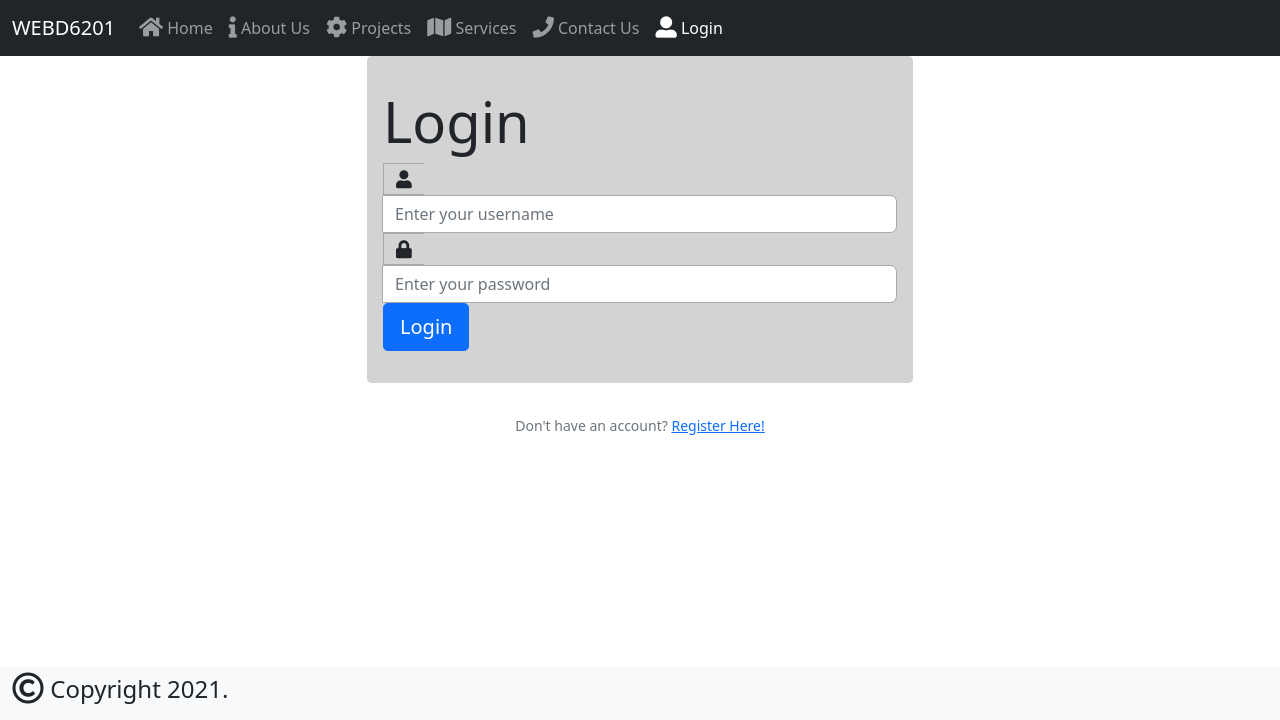
Repository: CKM206/WebD6201-W2021-ICE5
Page: login.html
The author's editor kept a copy of each file at every save. The page is drawn from the files as they stood at one save, then again after the next save.
The browser window is 1280 px wide. The pictures show the whole page.

Above is the page before, as saved 2021-03-07 00:53:09.

After the next save:
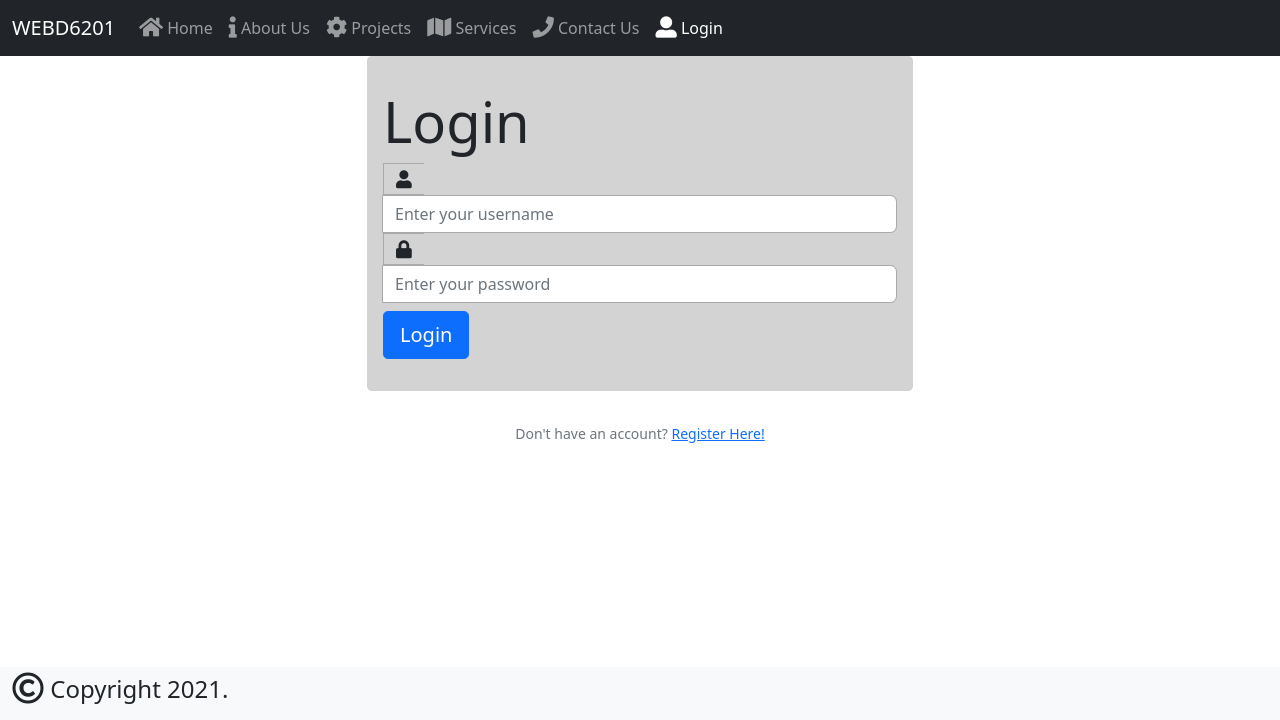
Saved 28 min 23 s later.
--- a/login.html
+++ b/login.html
@@ -69,7 +69,7 @@
 
                       </div>
 
-                      <div class="form-group">
+                      <div class="form-group mb-2">
                         <div class="input-group">
                           <span class="input-group-addon">
                             <i class="fa fa-lock">
